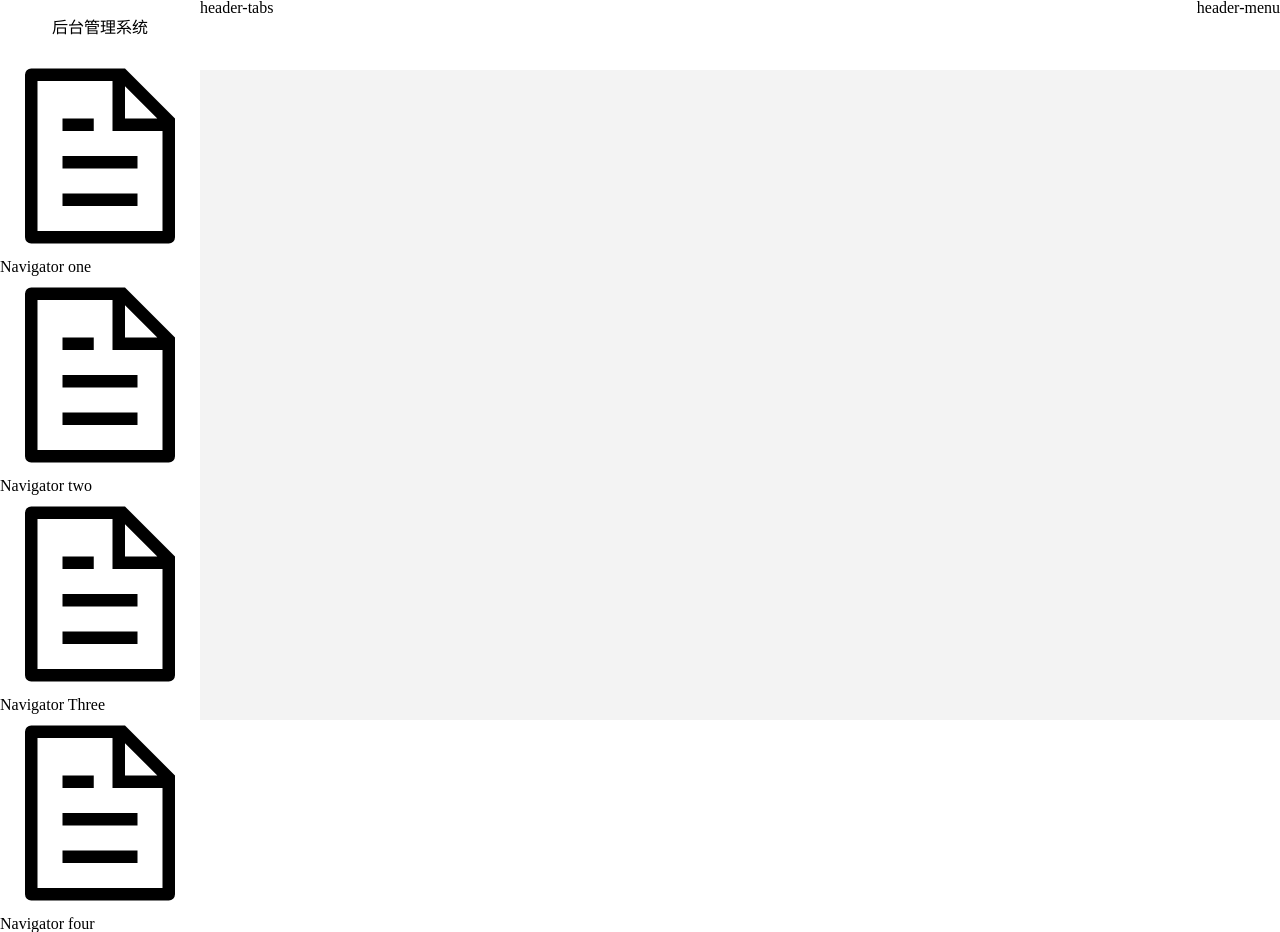
Repository: serrrN/vue-vite-template
Page: /
The author's editor kept a copy of each file at every save. The page is drawn from the files as they stood at one save, then again after the next save.
The browser window is 1280 px wide. The pictures show the whole page.
The project was rebuilt for these pictures with package versions that can differ from the ones it lists, and the page was loaded fresh each time. Also part of the build but not shown: vite.config.ts, src/styles/index.scss.

Above is the page before, as saved 2024-06-02 15:26:52.

### src/main.ts
import { createApp } from 'vue'
import App from './App.vue'
import ElementPlus from 'element-plus'
import zhCn from 'element-plus/es/locale/lang/zh-cn'
import * as ElementPlusIconsVue from '@element-plus/icons-vue'
import router from './router'
import 'reset-css'
import "./styles/index.scss"
const app = createApp(App)
for (const [key, component] of Object.entries(ElementPlusIconsVue)) {
  app.component(key, component)
}
app.use(ElementPlus, { locale: zhCn })
app.use(router)
app.mount('#app')

### src/App.vue
<script setup lang="ts">

</script>

<template>
  <router-view></router-view>
</template>

<style>
 #app,html,body{
  width: 100%;
  height: 100%;

 }
</style>

### src/router/index.ts
import { createRouter,createWebHistory } from "vue-router"
const routes = [
    {
        path: "/",
        name: "home",
        component: () => import("@/layout/index.vue")
    }
]
const router = createRouter({
    history: createWebHistory(),
    routes
})
export default router

### src/layout/index.vue
<template>
  <div class="layout-container">
     <div class="left">
        <Menu/>
     </div>
     <div class="right">
      <div class="header"><Header/></div>
      <div class="main"><Main/></div>
     </div>
  </div>
</template>

<script lang="ts" setup>
import Menu from "./menu/index.vue"
import Header from "./header/index.vue"
import Main from "./main/index.vue"
</script>

<style scoped lang="scss">
.layout-container{
  width: 100%;
  height: 100%;
  display: flex;
  .left{
    height: 100%;
    width: $layout-container-left-max-width;
  }
  .right{
    width: calc(100% - $layout-container-left-max-width);
    .header{
      width: 100%;
      height: $layout-container-header-height;
      display: flex;
      justify-content:space-between;
    }
    .main{
      height: calc(100% - $layout-container-header-height);
      width: 100%;
      background-color: #f3f3f3;
    }
  }
}
</style>

### src/styles/variable.scss
// 布局容器左边未塌陷宽度
$layout-container-left-max-width:200px;
// 布局容器左边塌陷后宽度
$layout-container-left-min-width:0px;

// 布局容器头部高度
$layout-container-header-height:70px;

### src/layout/menu/index.vue
<template>
    <el-menu
      default-active="2"
      class="el-menu-vertical-demo"
      :collapse="isCollapse"
      @open="handleOpen"
      @close="handleClose"
    >
    <div class="name">
        后台管理系统
    </div>
    <el-menu-item index="1" >
          <el-icon><document /></el-icon>
          <span>Navigator one</span>
        </el-menu-item>
        <el-menu-item index="2" >
          <el-icon><document /></el-icon>
          <span>Navigator two</span>
        </el-menu-item>
        <el-menu-item index="3" >
          <el-icon><document /></el-icon>
          <span>Navigator Three</span>
        </el-menu-item>
        <el-menu-item index="4" >
          <el-icon><document /></el-icon>
          <span>Navigator four</span>
        </el-menu-item>
    </el-menu>
  </template>

  <script lang="ts" setup>
  import { ref } from 'vue'


  const isCollapse = ref(false)
  const handleOpen = (key: string, keyPath: string[]) => {
    console.log(key, keyPath)
  }
  const handleClose = (key: string, keyPath: string[]) => {
    console.log(key, keyPath)
  }
  </script>

  <style>
  .el-menu{
    height:100%;
    .name{
        text-align:center;
        padding:20px 0;
    }
  }
  .el-menu-vertical-demo:not(.el-menu--collapse) {
    width: 200px;
    min-height: 400px;
  }
  </style>

### src/layout/header/index.vue
<template>
 <Tabs/>
 <Menu/>
</template>
<script setup lang="ts">
import Tabs from "./tabs/index.vue"
import Menu from "./menu/index.vue"
</script>
<style lang="scss" scoped>

</style>

### src/layout/main/index.vue
<template>
    <router-view></router-view>
</template>
<script setup lang="ts">

</script>
<style lang="scss" scoped>

</style>

### src/layout/header/tabs/index.vue
<template>
<div class="header-tabs">header-tabs</div>
</template>
<script setup lang="ts">

</script>
<style lang="scss" scoped>

</style>

### src/layout/header/menu/index.vue
<template>
<div class="header-menu">header-menu</div>
</template>
<script setup lang="ts">

</script>
<style lang="scss" scoped>

</style>

Loaded but not shown: index.html (common file)

After the next save:
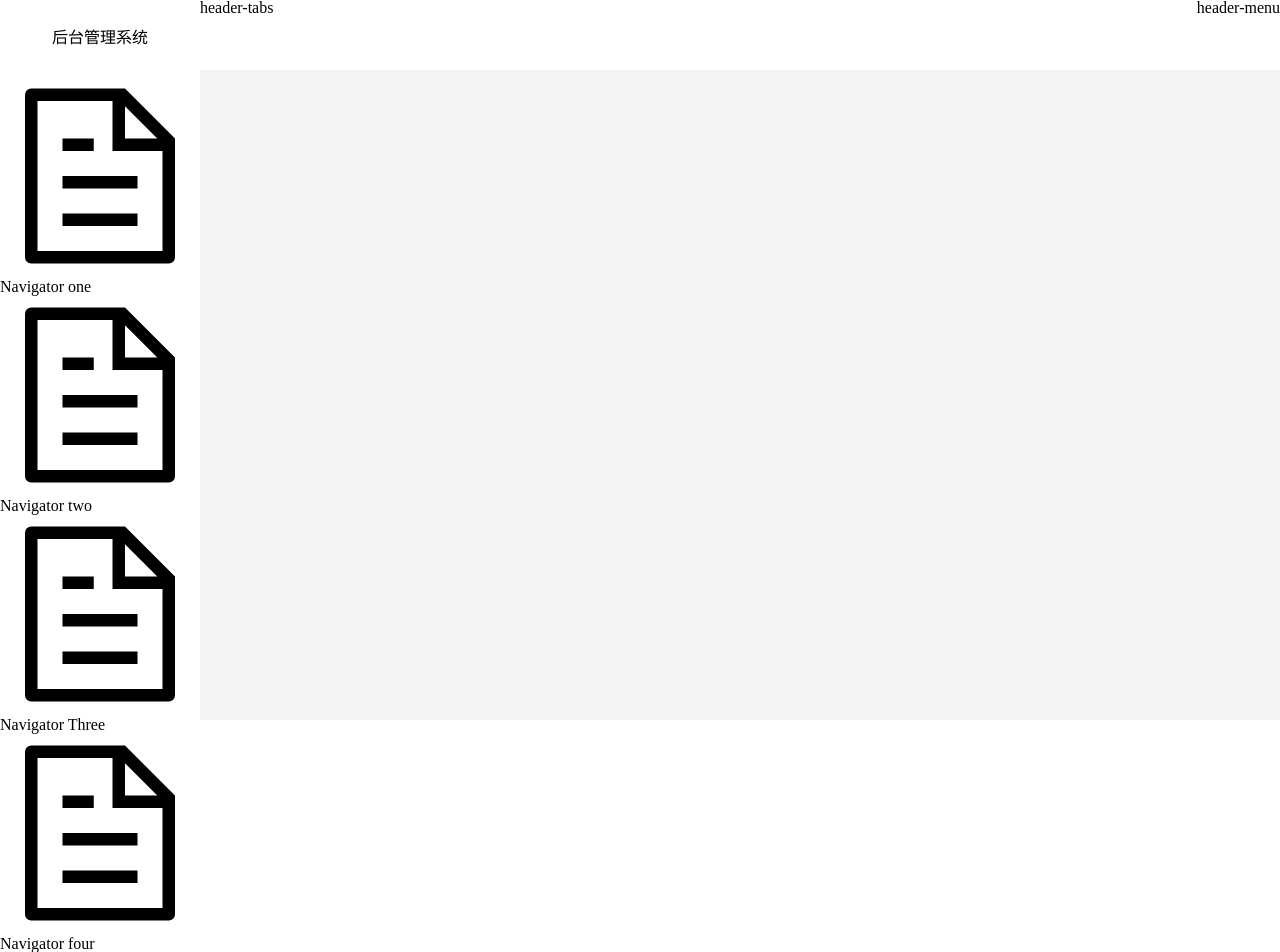
Saved 5 s later.
--- a/src/layout/menu/index.vue
+++ b/src/layout/menu/index.vue
@@ -46,7 +46,7 @@
     height:100%;
     .name{
         text-align:center;
-        padding:20px 0;
+        padding:30px 0;
     }
   }
   .el-menu-vertical-demo:not(.el-menu--collapse) {
